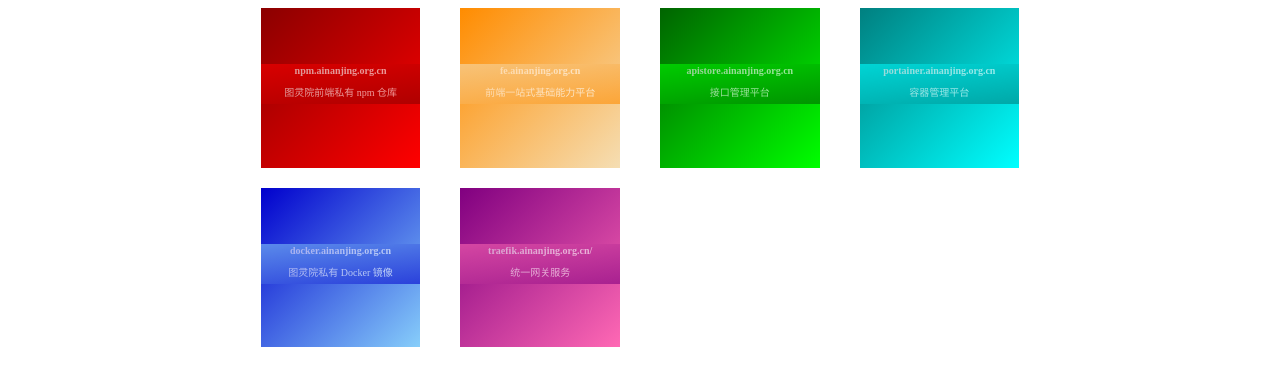
Repository: heweiwei1/portainer
Page: index.html
The author's editor kept a copy of each file at every save. The page is drawn from the files as they stood at one save, then again after the next save.
The browser window is 1280 px wide. The pictures show the whole page.

Above is the page before, as saved 2021-04-13 18:16:05.

### index.html
<!DOCTYPE html>
<html lang="en">
<head>
  <meta charset="UTF-8">
  <meta http-equiv="X-UA-Compatible" content="IE=edge">
  <meta name="viewport" content="width=device-width, initial-scale=1.0">
  <title>网页</title>
  <link rel="stylesheet" href="index.css">
  <script src="index.js"></script>
</head>
<body>
  <div class="demo">
    <a class="demo-1" href="https://npm.ainanjing.org.cn/">
        <div class="trans">
          <h4>npm.ainanjing.org.cn</h4>
          <p>图灵院前端私有 npm 仓库</p>
        </div>
    </a>
    <a class="demo-2" href="https://fe.ainanjing.org.cn" id="pop">
          <div class="trans">
            <h4>fe.ainanjing.org.cn</h4>
            <p>前端一站式基础能力平台</p>
          </div>
    </a>
    <a class="demo-3" href="https://apistore.ainanjing.org.cn">
        <div class="trans">
          <h4>apistore.ainanjing.org.cn</h4>
          <p>接口管理平台</p>
        </div>
    </a>
    <a class="demo-4" href="https://portainer.ainanjing.org.cn">
        <div class="trans">
          <h4>portainer.ainanjing.org.cn</h4>
          <p>容器管理平台</p>
        </div>
    </a>
    <a class="demo-5" href="https://docker.ainanjing.org.cn">
        <div class="trans">
          <h4>docker.ainanjing.org.cn</h4>
          <p>图灵院私有 Docker 镜像</p>
        </div>
    </a>
    <a class="demo-6" href="https://traefik.ainanjing.org.cn/">
        <div class="trans">
          <h4>traefik.ainanjing.org.cn/</h4>
          <p>统一网关服务</p>
        </div>
    </a>
  </div>
</body>
</html>

### index.css
a {
  text-decoration: none;
  color: #000;
}
.demo {
  width: 60%;
  margin: auto;
  display: flex;
  flex-flow: row wrap;
}

.demo a {
  position: relative;
  display: flex;
  flex-direction: column;
  align-items: center;
  width: calc((100% - 120px) / 4);
  height: 159.59px;
  margin-bottom: 20px;
  font-size: 10px;
}
.demo a:not(:nth-child(4n)){
  margin-right: 40px;
}
.trans {
  position:absolute;
  top: 56px;
  width: 119.59px;
  padding: 20px 20px;
  display: flex;
  justify-content: center;
  opacity: 0.6;
}
.trans p{
  position: absolute;
  top: 10px;
  color: #fff;
}
.trans h4{
  position: absolute;
  top: -12px;
  color: #fff;
}
.demo-1 {
  background-image: linear-gradient(to bottom right,#8b0000,#ff0000);
}
.demo-1 .trans{
  background-image: linear-gradient(to top left,#8b0000,#ff0000);
}
.demo-2 {
  background-image: linear-gradient(to bottom right,#ff8c00,#f5deb3);
}
.demo-2 .trans{
  background-image: linear-gradient(to top left,#ff8c00,#f5deb3);
}
.demo-3 {
  background-image: linear-gradient(to bottom right,#006400,#00ff00);
}
.demo-3 .trans{
  background-image: linear-gradient(to top left,#006400,#00ff00);
}
.demo-4 {
  background-image: linear-gradient(to bottom right,#008080,#00ffff);
}
.demo-4 .trans{
  background-image: linear-gradient(to top left,#008080,#00ffff);
}
.demo-5 {
  background-image: linear-gradient(to bottom right,#0000cd,#87cefa);
}
.demo-5 .trans{
  background-image: linear-gradient(to top left,#0000cd,#87cefa);
}
.demo-6 {
  background-image: linear-gradient(to bottom right,#800080,#ff69b4);
}
.demo-6 .trans{
  background-image: linear-gradient(to top left,#800080,#ff69b4);
}

### index.js
window.onload = function(){
  var pop = document.getElementById("pop");
  pop.onclick = function(){
    alert("暂未启用");
    return false;
  }
}

After the next save:
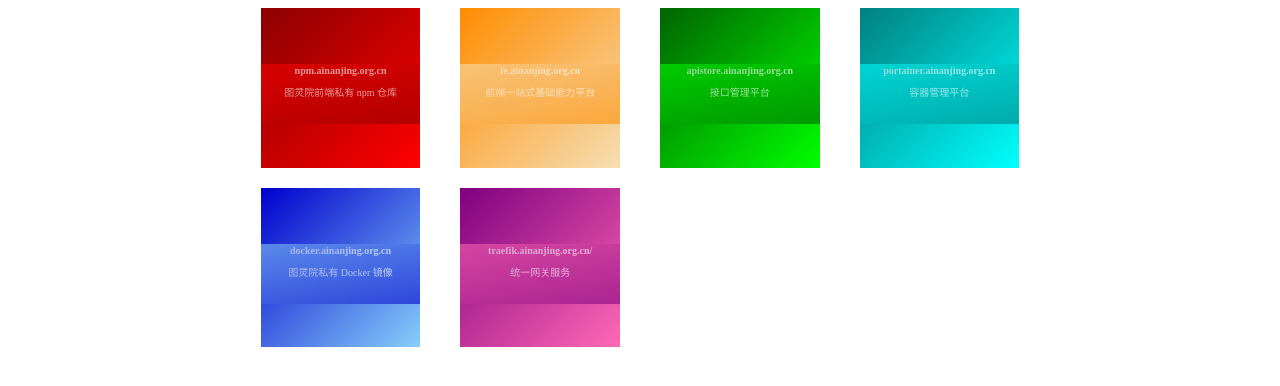
Saved 45 s later.
--- a/index.css
+++ b/index.css
@@ -26,7 +26,7 @@ a {
   position:absolute;
   top: 56px;
   width: 119.59px;
-  padding: 20px 20px;
+  padding: 30px 20px;
   display: flex;
   justify-content: center;
   opacity: 0.6;
